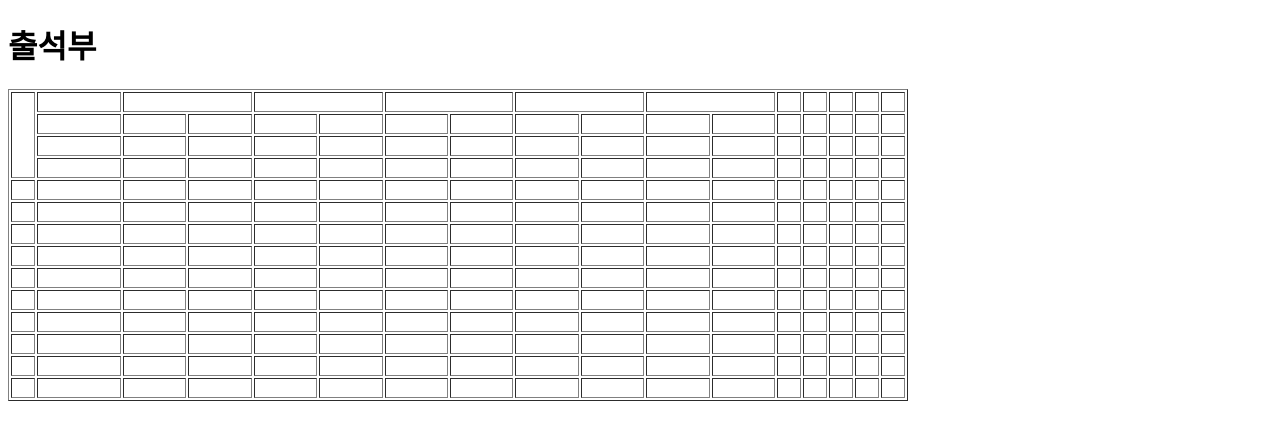
Repository: sujin9335/Front-end
Page: ClientTest/src/main/webapp/html/문제/11.html
An editor plug-in stored every save of this project. The page is shown before and after the next save, followed by the edit.
The browser window is 1280 px wide. The pictures show the whole page.

Above is the page before, as saved 2023-09-21 02:37:43.

After the next save:
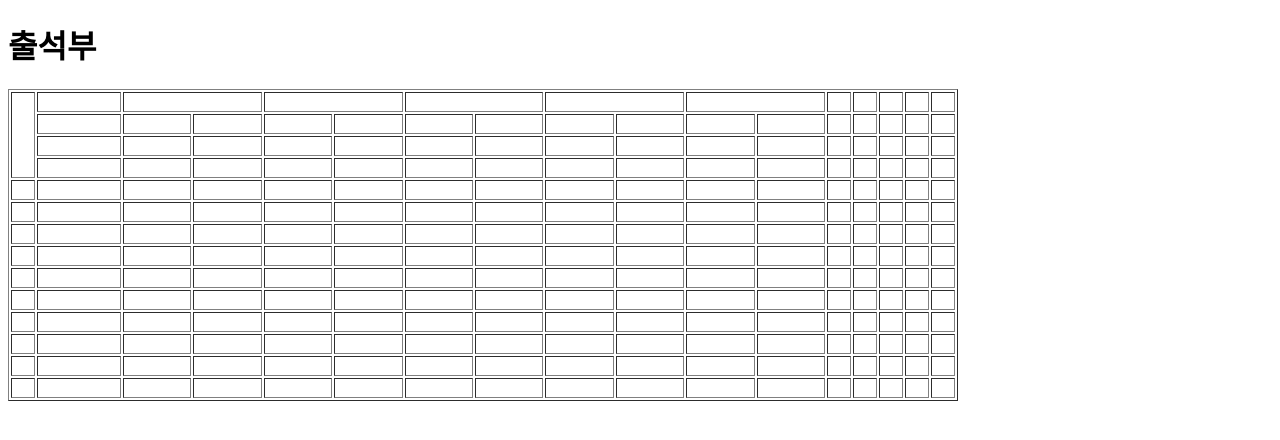
Saved 31 s later.
--- a/ClientTest/src/main/webapp/html/문제/11.html
+++ b/ClientTest/src/main/webapp/html/문제/11.html
@@ -8,7 +8,7 @@
 
 	<!-- 12x 14-->
 	<h1><b>출석부</b></h1>
-	<table border="1" width="900">
+	<table border="1" width="950">
 		<tr height="20">
 			<td align="center" width="20" rowspan="4"></td>
 			<td align="center" width="80"></td>
